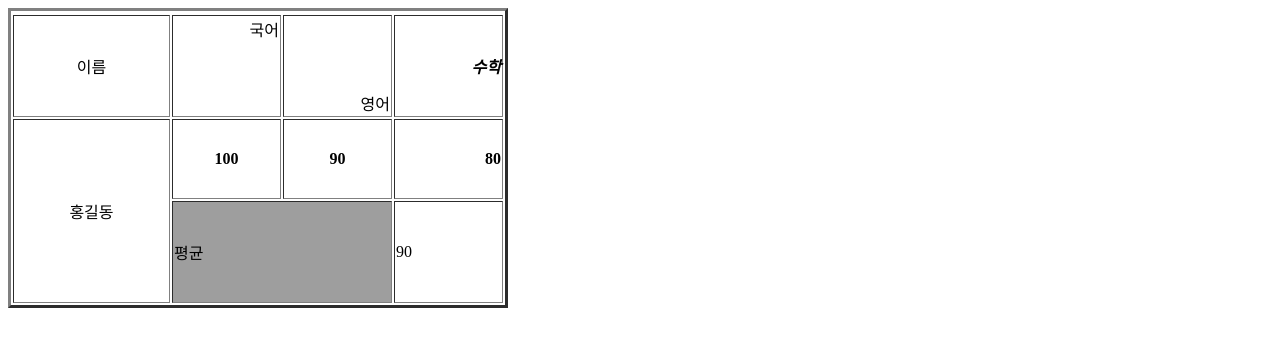
Repository: bjKim2/JSP
Page: HTML/src/main/webapp/Lec03.html
These files come from the project's save history. The page is drawn as it stood at one moment and after the next save; the edit follows.
The browser window is 1280 px wide. The pictures show the whole page.
Pictures or frames that could not be fetched are drawn as grey boxes.

Above is the page before, as saved 2022-03-15 02:35:46.

After the next save:
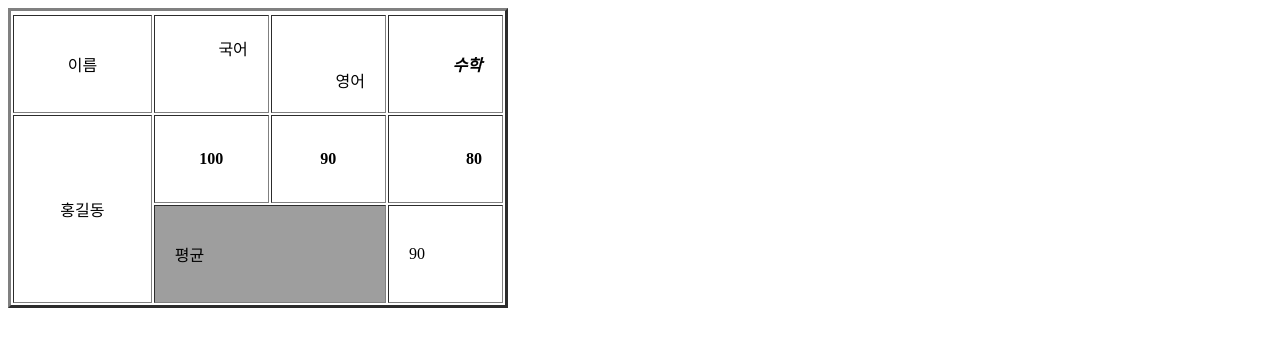
Saved 4 min 12 s later.
--- a/HTML/src/main/webapp/Lec03.html
+++ b/HTML/src/main/webapp/Lec03.html
@@ -5,7 +5,7 @@
 		<title>Insert title here</title>
 	</head>
 	<body>
-		<table border= "3" width = "500" height = "300">
+		<table border= "3" cellpadding='20' width = "500" height = "300">
 			<tr>
 
 			</tr>
